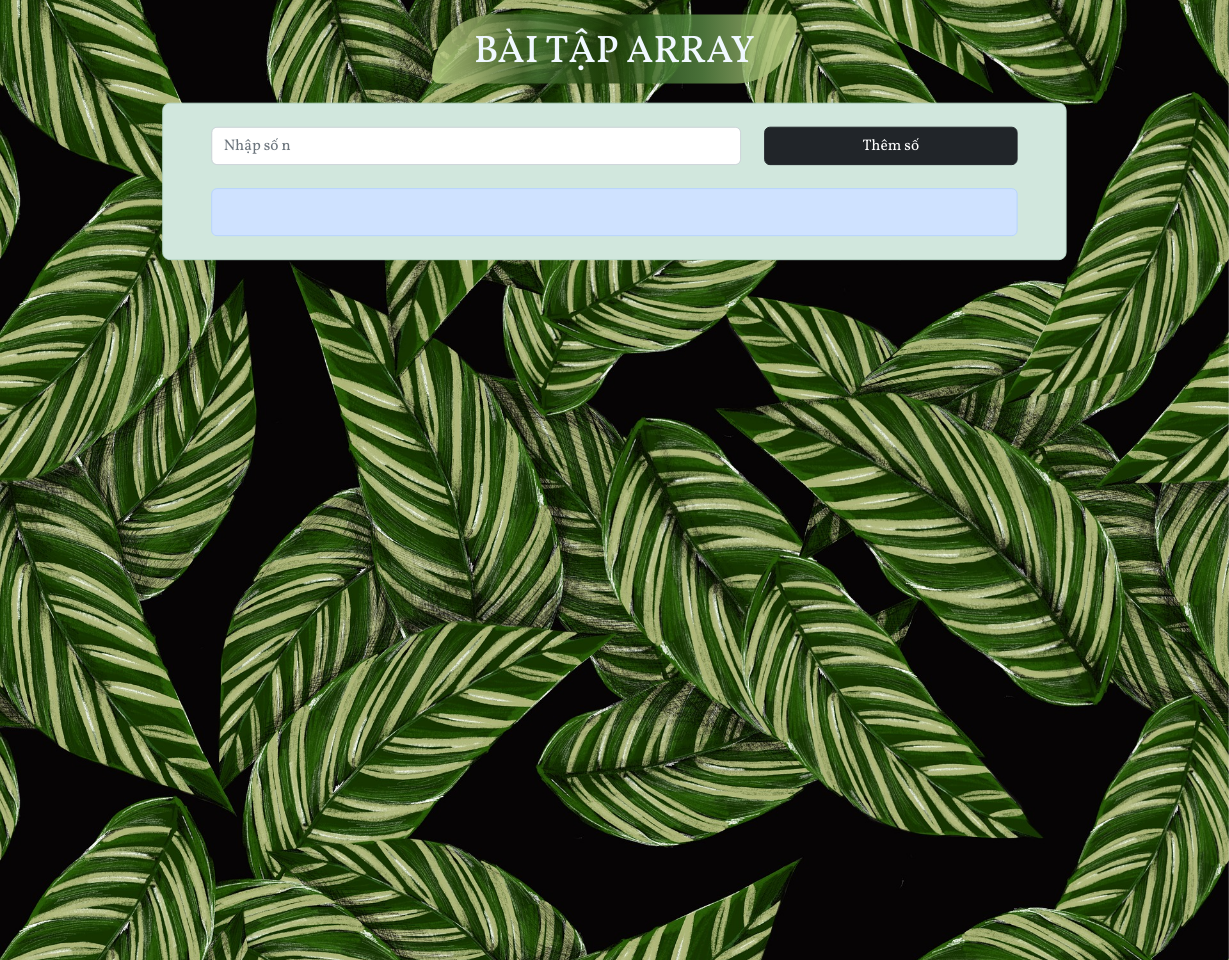
Repository: hcozyph/TranHuuPhuoc_BC43_BT_JS_Buoi7_8_ARRAY
Page: index.html
These files come from the project's save history. The page is drawn as it stood at one moment and after the next save; the edit follows.
The browser window is 1280 px wide. The pictures show the whole page, at 96% of full size.

Above is the page before, as saved 2023-02-20 22:39:52.

After the next save:
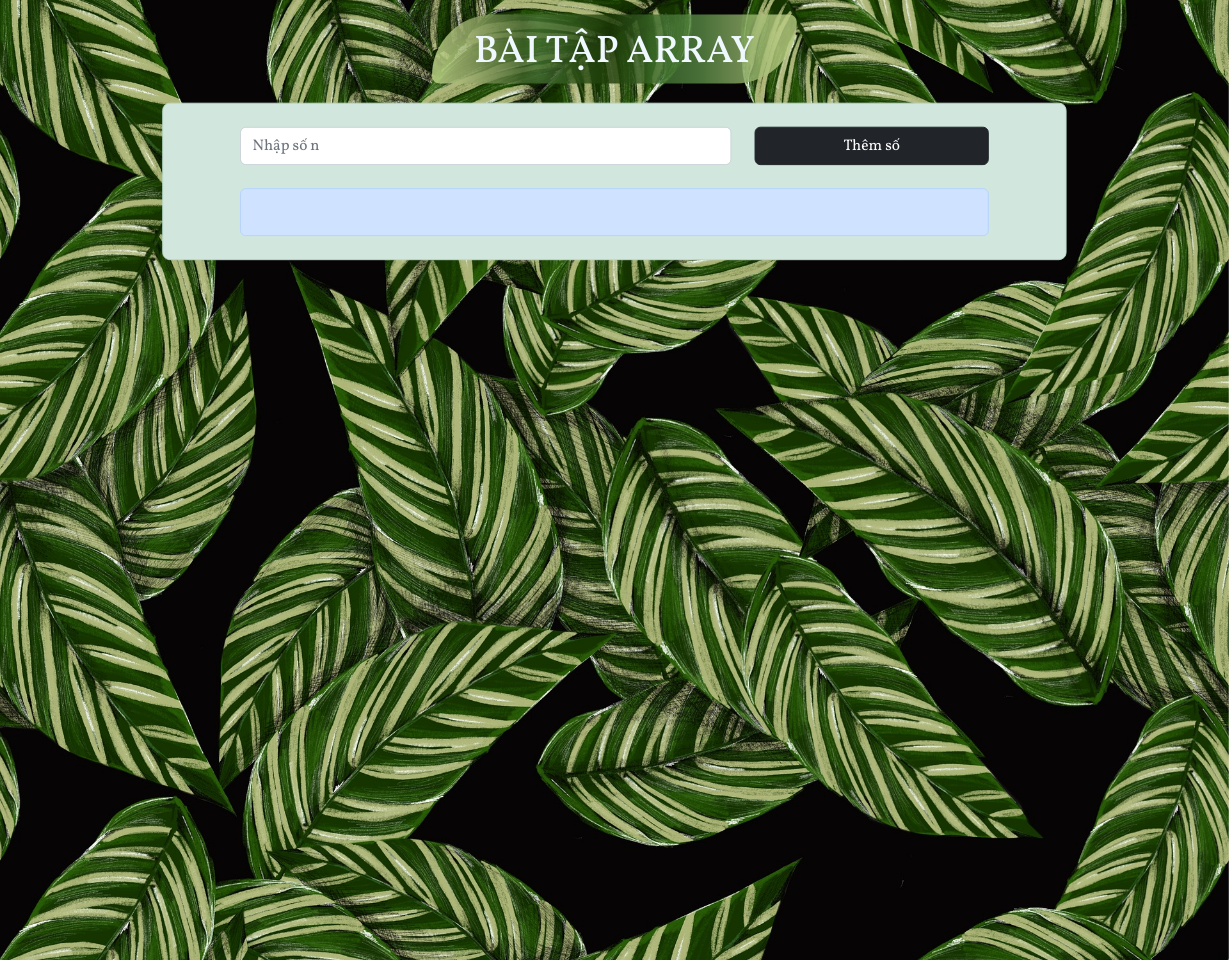
Saved 6 s later.
--- a/index.html
+++ b/index.html
@@ -36,7 +36,7 @@
 
                 <div
                     class="alert alert-success w-75 text-center d-block rounded-3 py-4"
-                    style="margin: 20px auto; padding: 50px"
+                    style="margin: 20px auto; padding: 80px"
                 >
                     <div class="row row-cols-3">
                         <div class="col-8">
